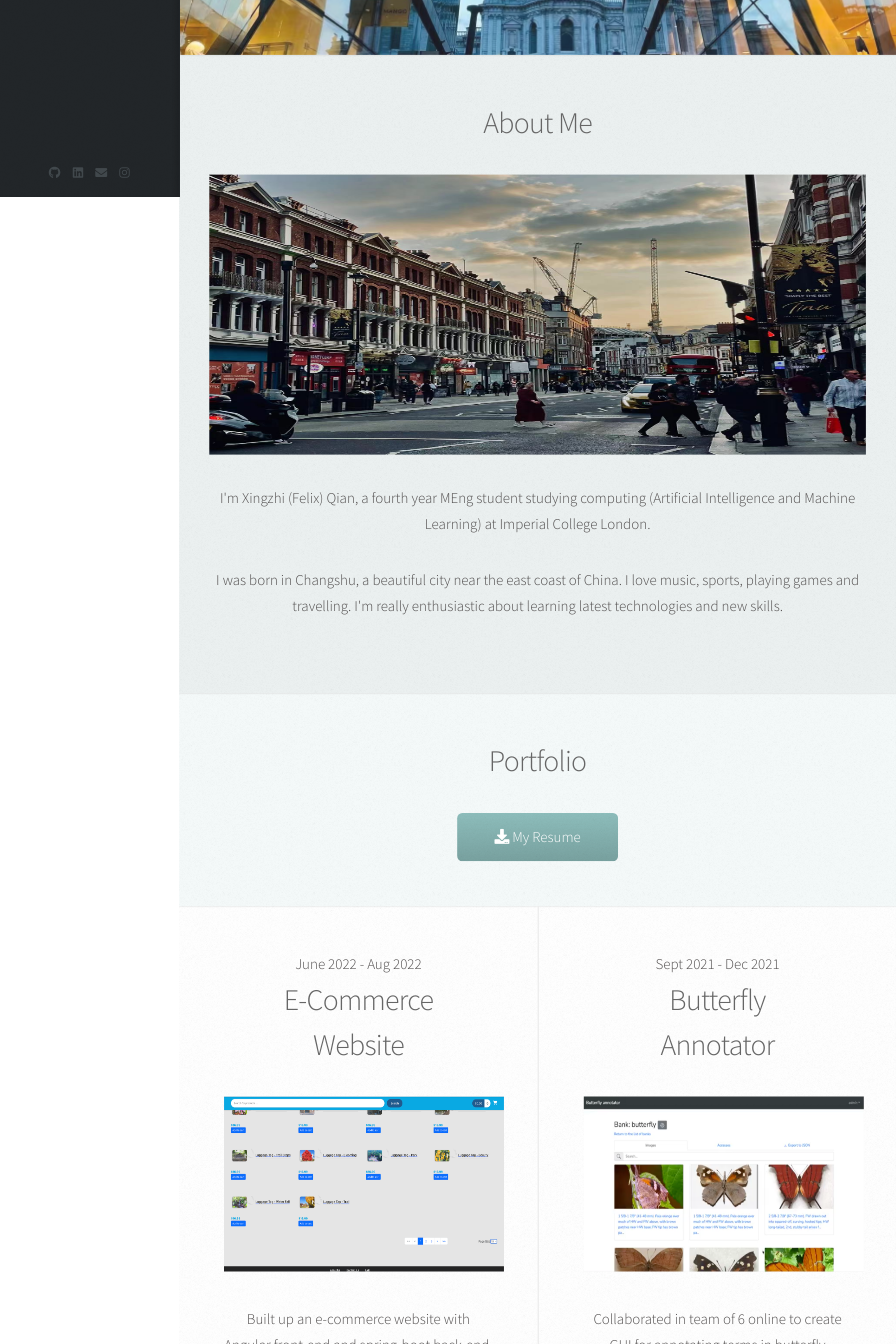
Repository: Felixqxz/Felixqxz.github.io
Page: index.html
An editor plug-in stored every save of this project. The page is shown before and after the next save, followed by the edit.
The browser window is 1280 px wide. The pictures show the part of the page from y = 438 to 2358 px (the page is 5566 px tall before and 5666 px after), at 70% of full size.

Above is the page before, as saved 2022-08-02 15:15:01.

After the next save:
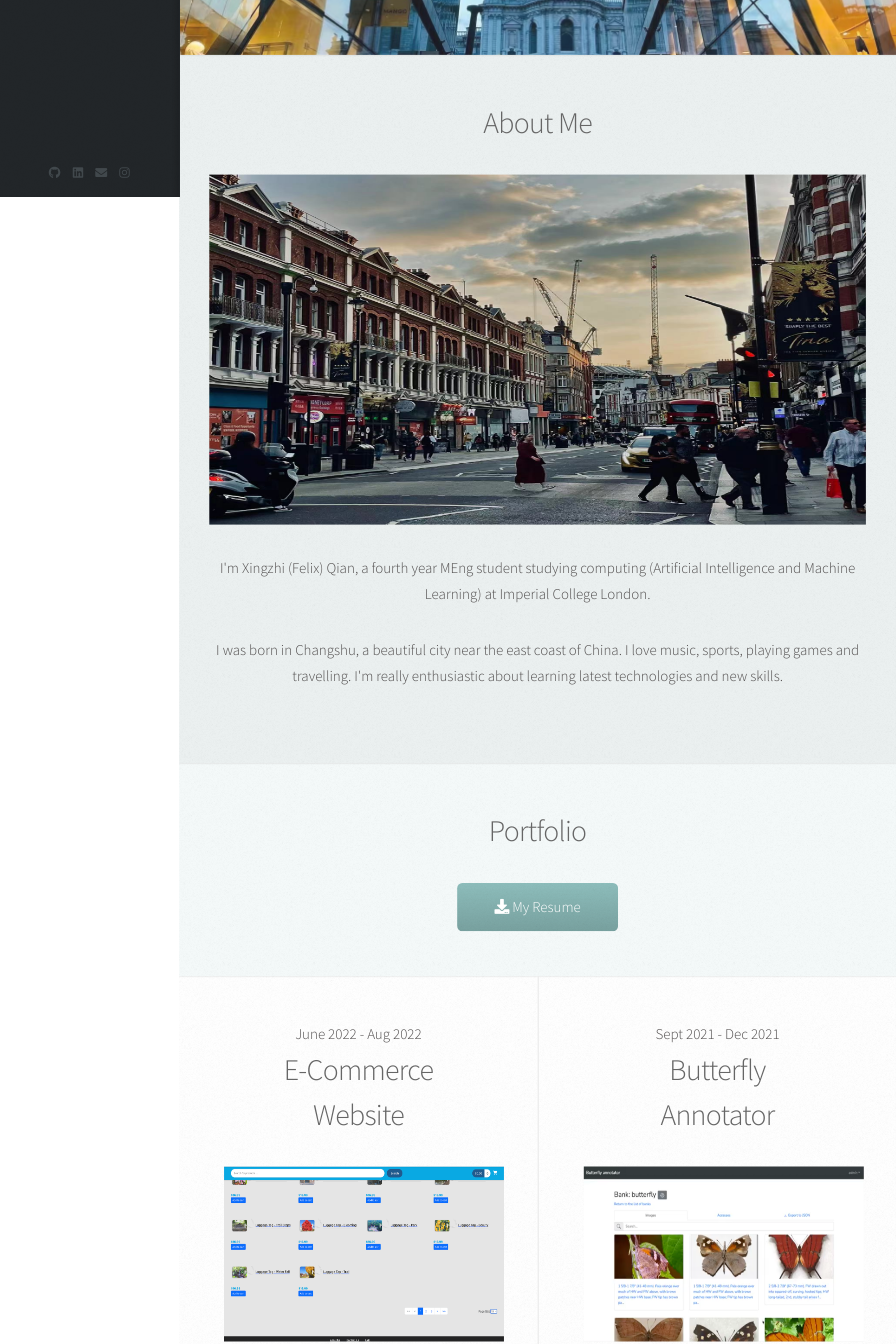
Saved 4 s later.
--- a/index.html
+++ b/index.html
@@ -80,7 +80,7 @@
 								<h2>About Me</h2>
 							</header>
 
-							<a href="#" class="image featured"><img src="images/about.jpeg" height="400" alt="" /></a>
+							<a href="#" class="image featured"><img src="images/about.jpeg" height="500" alt="" /></a>
 
 							<p>I'm Xingzhi (Felix) Qian, a fourth year MEng student studying computing (Artificial Intelligence and Machine Learning) at Imperial College London. </p>
 							<p>I was born in Changshu, a beautiful city near the east coast of China. I love music, sports, playing games and travelling.
